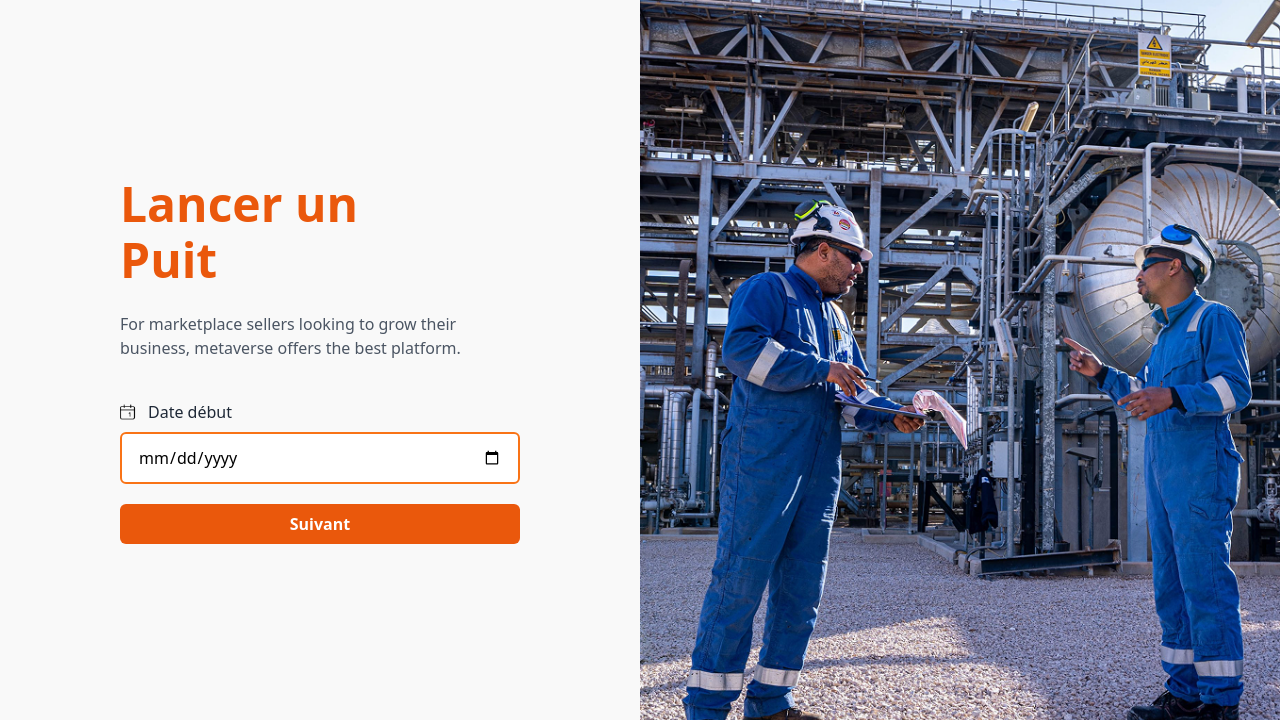
Repository: 123455675848484848484884848484/Projet_2cs
Page: / (app in front/)
The author's editor kept a copy of each file at every save. The page is drawn from the files as they stood at one save, then again after the next save.
The browser window is 1280 px wide. The pictures show the whole page.
The project was rebuilt for these pictures with package versions that can differ from the ones it lists, and the page was loaded fresh each time. Also part of the build but not shown: front/src/App.css, front/src/Login.jsx.

Above is the page before, as saved 2025-04-23 18:16:38.

### front/src/App.jsx

import './App.css';
// App.jsx
import React from "react";
import Login from "./Login";
import LancerPuit from './LancerPuit';

function App() {
  return <LancerPuit />;
}

export default App;

### front/src/LancerPuit.jsx
import React, { useState } from "react";

const LancerPuit = () => {
  const [dateDebut, setDateDebut] = useState("");

  const handleSubmit = (e) => {
    e.preventDefault();
    alert(`Date de début sélectionnée : ${dateDebut}`);
  };

  return (
    <div className="flex h-screen overflow-hidden">
      {/* Colonne gauche */}
      <div className="w-1/2 bg-[#f9f9f9] flex items-center justify-center px-[80px]">
        <div className="w-full max-w-[400px]">
          <h1 className="text-[48px] font-bold leading-[56px] text-orange-600">
            Lancer un <br /> Puit
          </h1>

          <p className="text-[16px] text-gray-600 mt-6 mb-10 leading-[24px]">
            For marketplace sellers looking to grow their business, metaverse offers the best platform.
          </p>

          <form onSubmit={handleSubmit} className="space-y-5">
            <div className="space-y-2">
              <div className="flex items-center gap-2">
                <img src="/date.png" alt="date icon" className="w-5 h-5" />
                <label htmlFor="dateDebut" className="text-[16px] font-medium text-gray-800">
                  Date début
                </label>
              </div>

              <input
                type="date"
                id="dateDebut"
                value={dateDebut}
                onChange={(e) => setDateDebut(e.target.value)}
                className="w-full h-[52px] text-[16px] px-4 border-2 border-orange-500 rounded-md focus:outline-none focus:ring-2 focus:ring-orange-600"
                required
              />
            </div>

            <button
              type="submit"
              className="w-full h-[40px] bg-orange-600 hover:bg-orange-700 text-white text-[16px] font-semibold rounded-md transition"
            >
              Suivant
            </button>
          </form>
        </div>
      </div>

      {/* Colonne droite */}
      <div className="w-1/2 h-full">
        <img
          src="/lancerp.png"
          alt="Site industriel"
          className="w-full h-full object-cover"
        />
      </div>
    </div>
  );
};

export default LancerPuit;

Loaded but not shown: front/public/index.html (common file); front/src/index.js (common file); front/src/index.css (common file); front/src/reportWebVitals.js (common file); front/tailwind.config.js (common file)

After the next save:
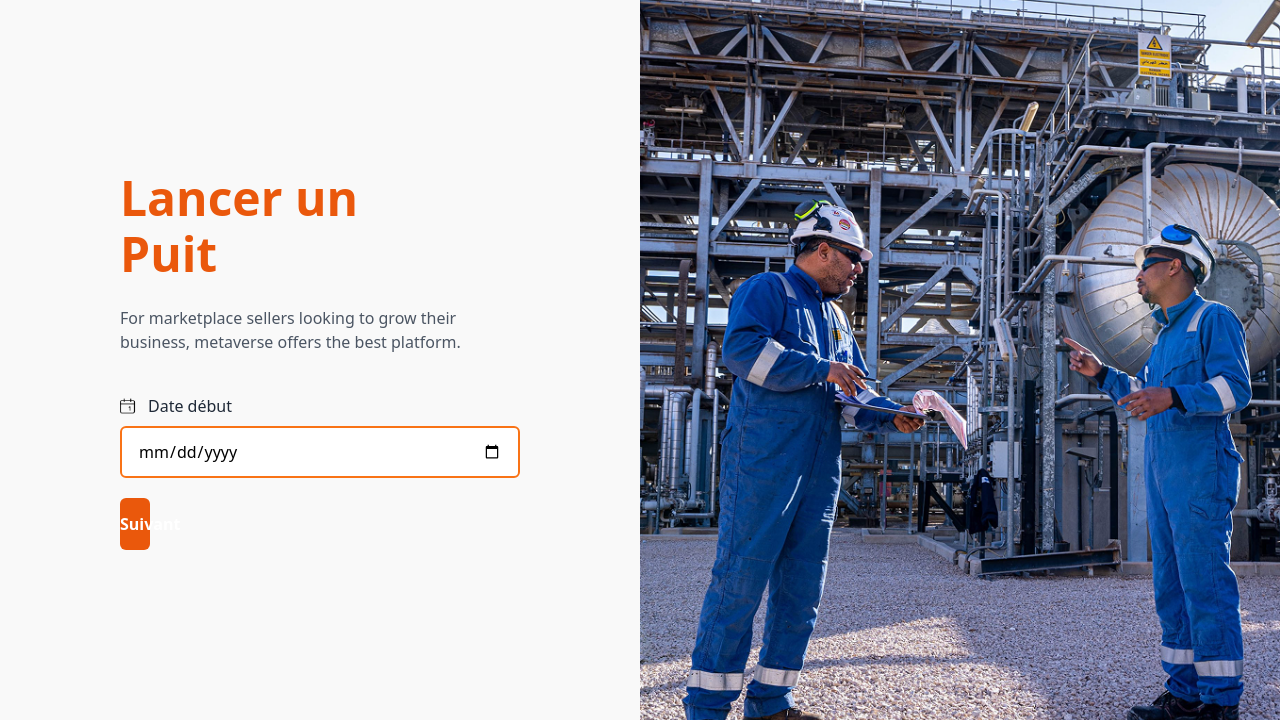
Saved 28 s later.
--- a/front/src/LancerPuit.jsx
+++ b/front/src/LancerPuit.jsx
@@ -42,7 +42,7 @@ const LancerPuit = () => {
 
             <button
               type="submit"
-              className="w-full h-[40px] bg-orange-600 hover:bg-orange-700 text-white text-[16px] font-semibold rounded-md transition"
+              className="w-[30px] h-[52px] bg-orange-600 hover:bg-orange-700 text-white text-[16px] font-semibold rounded-md transition"
             >
               Suivant
             </button>
